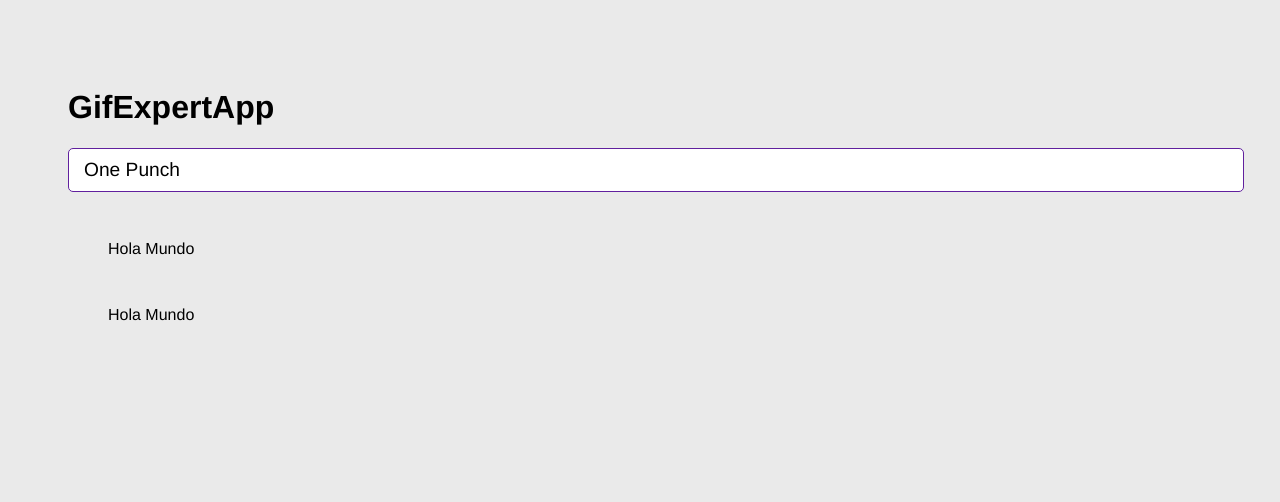
Repository: bryanesteban/gif-expert-app
Page: /
An editor plug-in stored every save of this project. The page is shown before and after the next save, followed by the edit.
The browser window is 1280 px wide. The pictures show the whole page.
The project was rebuilt for these pictures with package versions that can differ from the ones it lists, and the page was loaded fresh each time. Also part of the build but not shown: vite.config.js.

Above is the page before, as saved 2024-06-13 23:32:03.

### src/main.jsx
import React from 'react'
import ReactDOM from 'react-dom/client'
import { GifExpertApp } from './GifExpertApp'

import './styles.css';

ReactDOM.createRoot(document.getElementById('root')).render(
  <React.StrictMode>
    <GifExpertApp />
  </React.StrictMode>,
)

### src/GifExpertApp.jsx
import { useState } from "react";
import { AddCategory } from "./components/AddCategory";
import { GifGrid } from "./components/GifGrid";


export const GifExpertApp = () => {




    const [ categories , setCategories ] = useState([ 'One Punch', 'Dragon Ball']);

    const onAddCategory = ( newCategory ) => {

        if(categories.includes(newCategory) ) return ;
        setCategories([...categories,newCategory]);

        // setCategories(cat => [...cat,'Fullmetal Alchemist']);
    }

    return (
    <>
    {/*Titulo */}
    <h1>GifExpertApp</h1>
    {/*Input */}
    <AddCategory
        // setCategories={ setCategories }
        onNewCategory={ event => onAddCategory(event)}
    />


    {/*Listado de gif */}
    <ol>
        { categories.map( ( category ) => (
                <GifGrid key={ category }/>

            ))
        }

    </ol>
    {/* gif Item */}

    </>
  )
};

### src/components/AddCategory.jsx
import { useState } from "react";
// import PropTypes from 'prop-types';

export  const AddCategory = ( { onNewCategory } ) =>{


   const [inputValue, setInputValue] = useState('One Punch');

    const onInputChange= ({target}) => {
        setInputValue(target.value);
    }

    const onsubmit =( event ) => {
        event.preventDefault();

        if(inputValue.trim().length <= 1 ) return;

        // setCategories(categories => [inputValue, ...categories] );
        onNewCategory( inputValue.trim() );
        setInputValue('');
    }

    return (
        <form onSubmit={(event) => onsubmit(event)}>

        <input
            type="text"
            placeholder="Buscar Gifs"
            value={ inputValue }
            onChange={ (event) =>  onInputChange(event) }
            />
        </form>

    )
}

### src/components/GifGrid.jsx

export const GifGrid = ( { category } ) => {
    return (
       <>
            <h3> { category } </h3>
            <p>Hola Mundo</p>
       </>
    )
}

Loaded but not shown: index.html (common file); src/styles.css (common file)

After the next save:
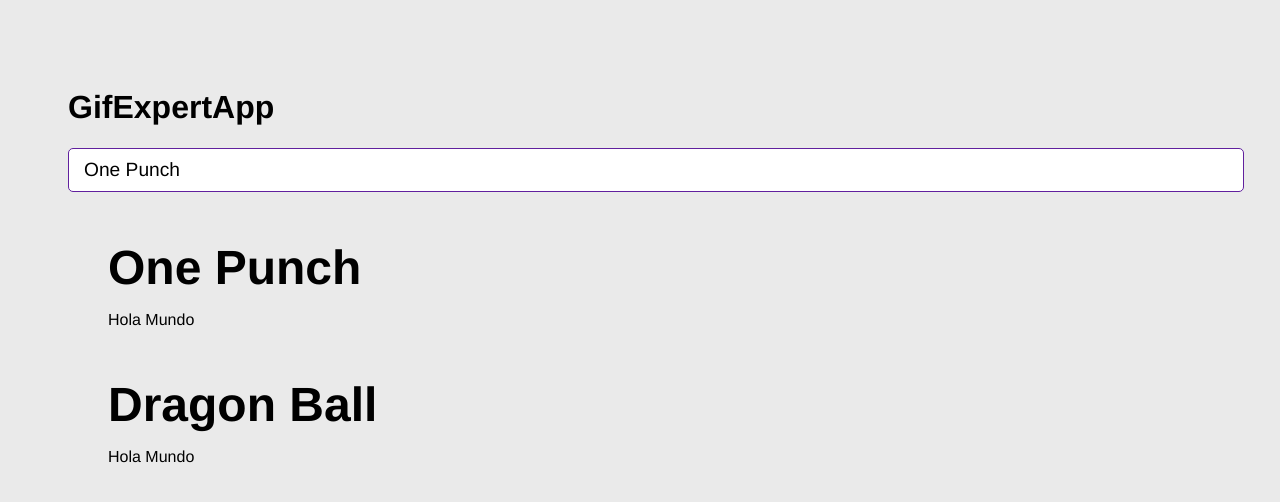
Saved 29 s later.
--- a/src/GifExpertApp.jsx
+++ b/src/GifExpertApp.jsx
@@ -32,7 +32,7 @@ export const GifExpertApp = () => {
     {/*Listado de gif */}
     <ol>
         { categories.map( ( category ) => (
-                <GifGrid key={ category }/>
+                <GifGrid key={ category } category={category}/>
 
             ))
         }
